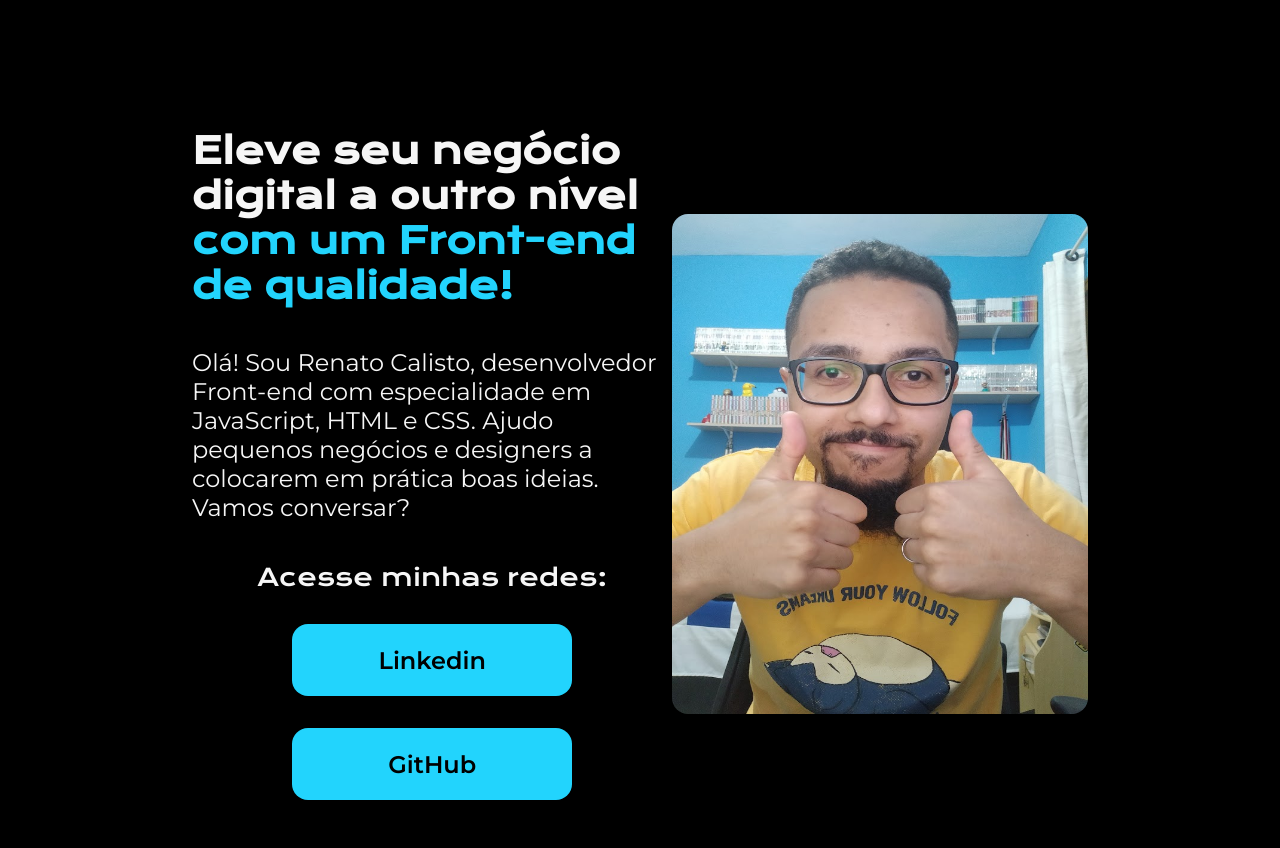
Repository: RenatoCCS/Portfolio_Alura
Page: index.html
The author's editor kept a copy of each file at every save. The page is drawn from the files as they stood at one save, then again after the next save.
The browser window is 1280 px wide. The pictures show the whole page.

Above is the page before, as saved 2023-02-27 20:41:48.

### index.html
<!DOCTYPE html>
<html lang="pt-br">
  <head>
    <meta charset="UTF-8" />
    <meta http-equiv="X-UA-Compatible" content="IE=edge" />
    <meta name="viewport" content="width=device-width, initial-scale=1.0" />
    <title>Portfolio</title>
    <link rel="stylesheet" href="style.css" />
  </head>
  <body>
    <header></header>
    <main class="apresentacao">
      <section class="apresentacao__conteudo">
        <h1 class="apresentacao__conteudo__titulo">
          Eleve seu negócio digital a outro nível
          <strong class="titulo-destaque">
            com um Front-end de qualidade!
          </strong>
        </h1>
        <p class="apresentacao__conteudo__texto">
          Olá! Sou Renato Calisto, desenvolvedor Front-end com especialidade em
          JavaScript, HTML e CSS. Ajudo pequenos negócios e designers a
          colocarem em prática boas ideias. Vamos conversar?
        </p>
        <div class="apresentacao__links">
          <h2 class="apresentacao__links__subtitulo">Acesse minhas redes:</h2>
          <a
            class="apresentacao__links__link"
            href="https://www.linkedin.com/in/renatocalisto/"
            >Linkedin</a
          >
          <a
            class="apresentacao__links__link"
            href="https://github.com/RenatoCCS"
            >GitHub</a
          >
        </div>
      </section>
      <img
        class="apresentacao__foto"
        src="renato.jpg"
        alt="Renato fazendo sinal de positivo com ambas as mãos"
      />
    </main>
    <footer></footer>
  </body>
</html>

### style.css
@import url('https://fonts.googleapis.com/css2?family=Krona+One&family=Montserrat:wght@400;600&display=swap');

* {
  margin: 0;
  padding: 0;
}

body {
  height: 100vh;
  box-sizing: border-box;
  background-color: #000000;
  color: #f6f6f6;
}

.titulo-destaque {
  color: #22d4fd;
}

.apresentacao {
  margin: 10% 15%;
  display: flex;
  align-items: center;
  justify-content: space-between;
}

.apresentacao__conteudo {
  width: 615px;
  display: flex;
  flex-direction: column;
  gap: 40px;
}

.apresentacao__conteudo__titulo {
  font-size: 36px;
  font-family: 'Krona One', sans-serif;
}

.apresentacao__conteudo__texto {
  font-size: 24px;
  font-family: 'Montserrat', sans-serif;
}

.apresentacao__links {
  display: flex;
  flex-direction: column;
  justify-content: space-between;
  align-items: center;
  gap: 32px;
}

.apresentacao__links__subtitulo {
  font-family: 'Krona One', sans-serif;
  font-weight: 400;
  font-size: 24px;
}

.apresentacao__links__link {
  background-color: #22d4fd;
  width: 280px;
  text-align: center;
  border-radius: 16px;
  font-size: 24px;
  font-weight: 600;
  padding: 21.5px 0;
  text-decoration: none;
  color: #000000;
  font-family: 'Montserrat', sans-serif;
}

/*Utilizei minha foto e fui adaptando o tamanho de acordo com o que tinha no figma*/
.apresentacao__foto {
  height: 500px;
  width: 532px;
  left: 1032px;
  top: 253px;
  border-radius: 16px;
}

After the next save:
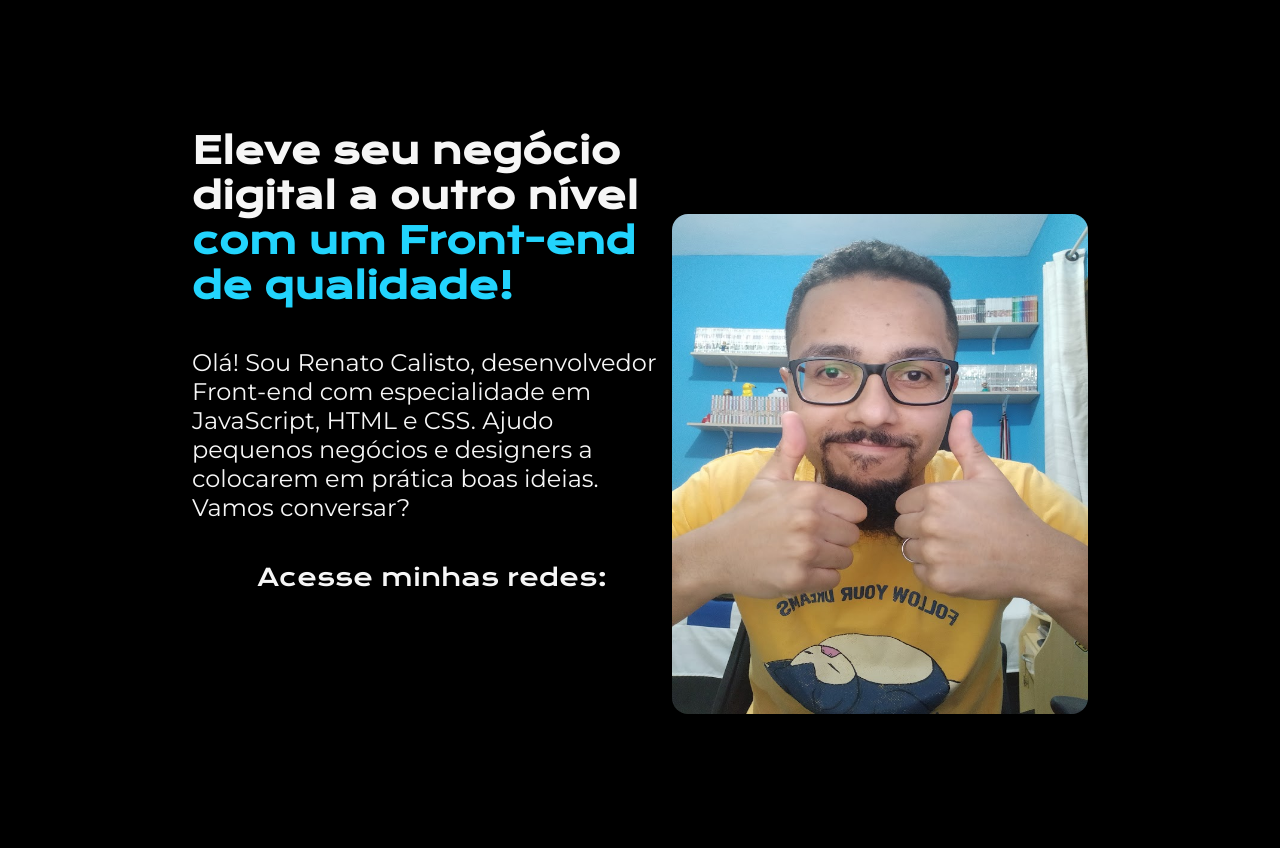
Saved 69 s later.
--- a/style.css
+++ b/style.css
@@ -55,7 +55,7 @@ body {
 }
 
 .apresentacao__links__link {
-  background-color: #22d4fd;
+  /* background-color: #22d4fd; */
   width: 280px;
   text-align: center;
   border-radius: 16px;
